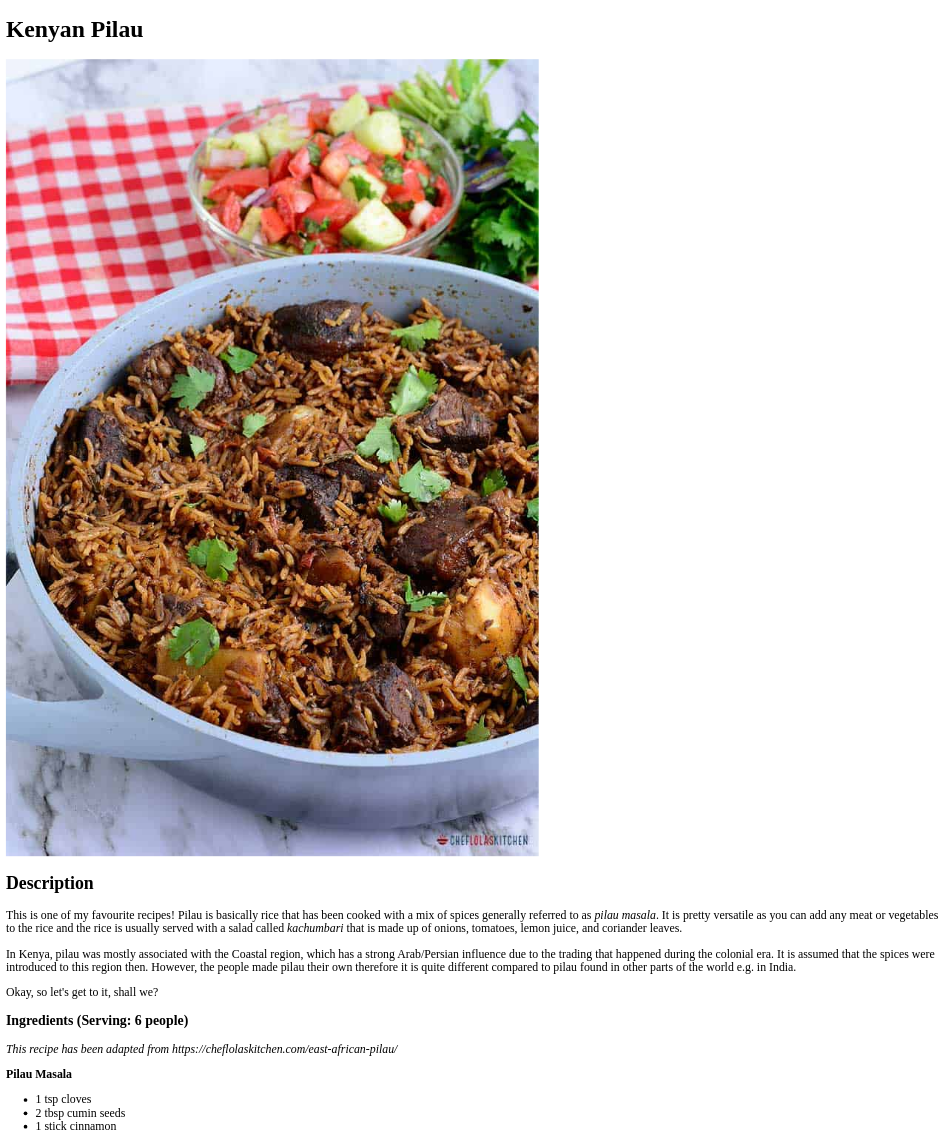
Repository: IanaAmke/odin-recipes
Page: recipes/pilau.html
These files come from the project's save history. The page is drawn as it stood at one moment and after the next save; the edit follows.
The browser window is 1280 px wide. The pictures show the whole page, at 74% of full size.

Above is the page before, as saved 2022-06-05 18:36:58.

After the next save:
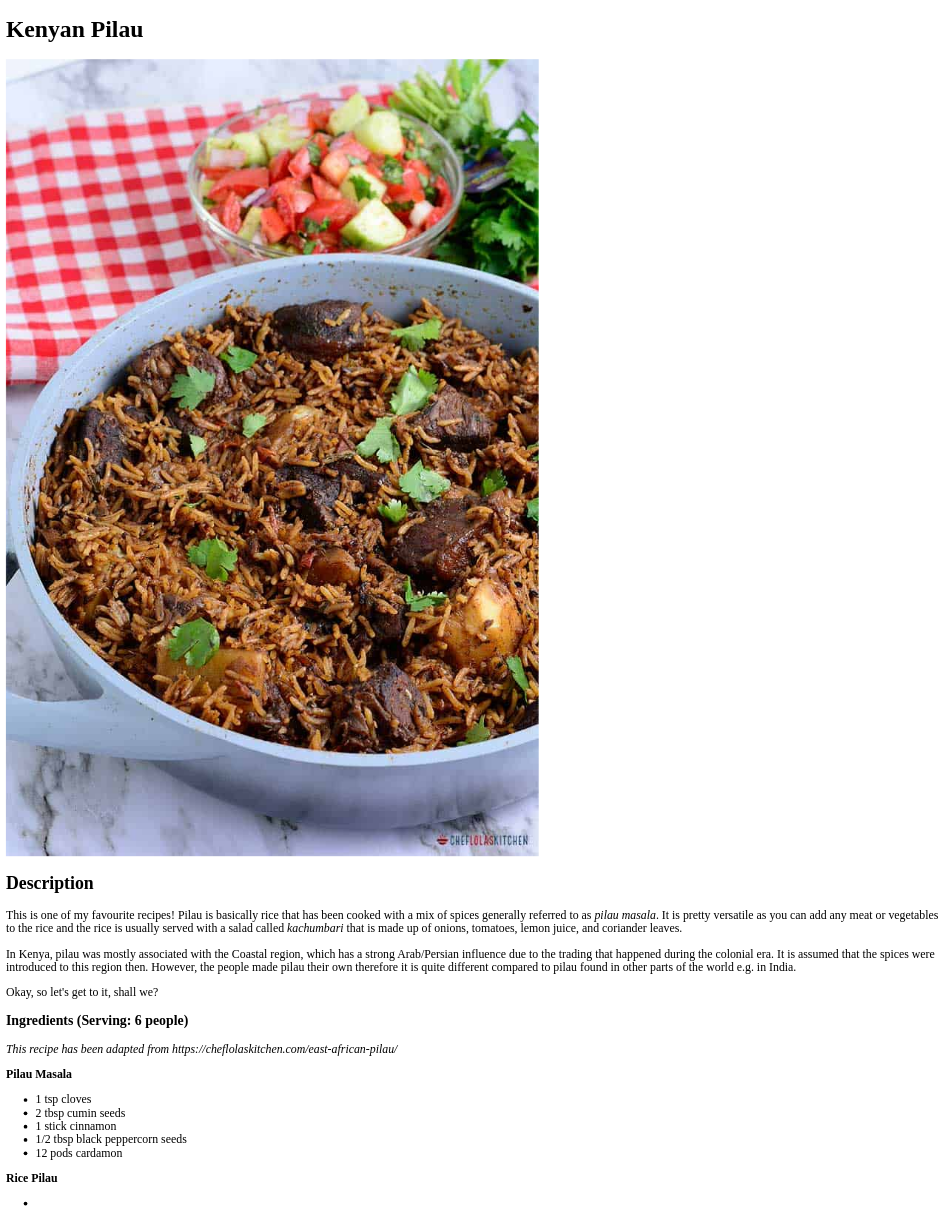
Saved 2 min 19 s later.
--- a/recipes/pilau.html
+++ b/recipes/pilau.html
@@ -28,7 +28,14 @@
     <ul>
         <li>1 tsp cloves</li>
         <li>2 tbsp cumin seeds</li>
-        <li>1 stick cinnamon </li>
+        <li>1 stick cinnamon</li>
+        <li>1/2 tbsp black peppercorn seeds</li>
+        <li>12 pods cardamon</li>
+    </ul>
+
+    <p><strong>Rice Pilau</strong></p>
+    <ul>
+        <li></li>
     </ul>
 
 </body>
